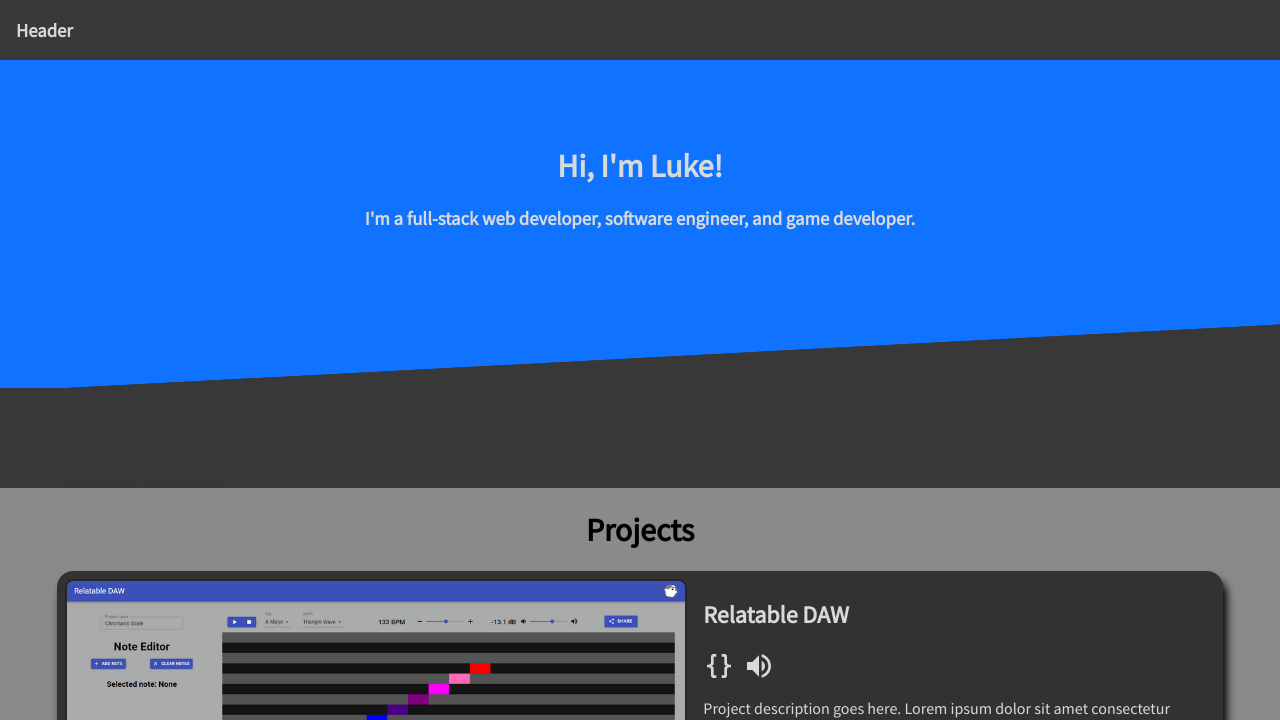
Repository: lbodwell/Personal-Website
Page: index.html
An editor plug-in stored every save of this project. The page is shown before and after the next save, followed by the edit.
The browser window is 1280 px wide. The pictures show the whole page.
An inner scrolling area shows only its first screen.

Above is the page before, as saved 2022-04-04 04:34:08.

### index.html
<!DOCTYPE html>
<html lang="en">
    <head>
        <meta charset="UTF-8">
        <meta http-equiv="X-UA-Compatible" content="IE=edge">
        <meta name="viewport" content="width=device-width, initial-scale=1.0">
        <title>Luke Bodwell</title>
        <script type="text/javascript" src="script.js" defer></script>
        <link rel="stylesheet" href="styles.css">
    </head>
    <body>
        <header>
            <h3>Header</h3>
        </header>
        <content>
            <div class="intro">
                <h1>Hi, I'm Luke!</h1>
                <h3>I'm a full-stack web developer, software engineer, and game developer.</h3>
            </div>

            <div class="projects-container">
                <h1>Projects</h1>
                <div class="projects">
                    <div class="project project-img-left">
                        <div class="project-image">
                            <img src="images/relatable-daw.png"></img>
                        </div>
                        <div class="project-info">
                            <div class="project-title">
                                <h2>Relatable DAW</h2>
                                <div class="project-types">
                                    <!-- Code icon -->
                                    <svg style="width:32px;height:32px" viewBox="0 0 24 24">
                                        <path fill="currentColor" d="M8,3A2,2 0 0,0 6,5V9A2,2 0 0,1 4,11H3V13H4A2,2 0 0,1 6,15V19A2,2 0 0,0 8,21H10V19H8V14A2,2 0 0,0 6,12A2,2 0 0,0 8,10V5H10V3M16,3A2,2 0 0,1 18,5V9A2,2 0 0,0 20,11H21V13H20A2,2 0 0,0 18,15V19A2,2 0 0,1 16,21H14V19H16V14A2,2 0 0,1 18,12A2,2 0 0,1 16,10V5H14V3H16Z" />
                                    </svg>
                                    <!-- Audio icon -->
                                    <svg style="width:32px;height:32px" viewBox="0 0 24 24">
                                        <path fill="currentColor" d="M14,3.23V5.29C16.89,6.15 19,8.83 19,12C19,15.17 16.89,17.84 14,18.7V20.77C18,19.86 21,16.28 21,12C21,7.72 18,4.14 14,3.23M16.5,12C16.5,10.23 15.5,8.71 14,7.97V16C15.5,15.29 16.5,13.76 16.5,12M3,9V15H7L12,20V4L7,9H3Z" />
                                    </svg>
                                </div>
                            </div>
                            <p>Project description goes here. Lorem ipsum dolor sit amet consectetur adipisicing elit. Maxime mollitia,
                                molestiae quas vel sint commodi repudiandae consequuntur voluptatum laborum
                                numquam blanditiis harum quisquam eius sed odit fugiat iusto fuga praesentium
                                optio, eaque rerum! Provident similique accusantium nemo autem.</p>
                            <div class="project-links">
                                <a class="btn" id="btn-demo-proj1" href="https://relatable-daw.com" target="_blank">Live Demo</a>
                                <a class="btn" id="btn-video-proj1" href="https://drive.google.com/file/d/1R21yoplPYTj6aw2hVH3COGZ260A-Z0TO/view" target="_blank">Video</a>
                                <a class="btn" id="btn-code-proj1" href="https://github.com/lbodwell/Relatable-DAW" target="_blank">Code</a>
                            </div>
                        </div>
                    </div>
                    <div class="project project-img-right">
                        <div class="project-info">
                            <div class="project-title">
                                <h2>GeoBlade</h2>
                                <div class="project-types">
                                    <!-- Code icon -->
                                    <svg style="width:32px;height:32px" viewBox="0 0 24 24">
                                        <path fill="currentColor" d="M8,3A2,2 0 0,0 6,5V9A2,2 0 0,1 4,11H3V13H4A2,2 0 0,1 6,15V19A2,2 0 0,0 8,21H10V19H8V14A2,2 0 0,0 6,12A2,2 0 0,0 8,10V5H10V3M16,3A2,2 0 0,1 18,5V9A2,2 0 0,0 20,11H21V13H20A2,2 0 0,0 18,15V19A2,2 0 0,1 16,21H14V19H16V14A2,2 0 0,1 18,12A2,2 0 0,1 16,10V5H14V3H16Z" />
                                    </svg>
                                    <!-- Game icon -->
                                    <svg style="width:32px;height:32px" viewBox="0 0 24 24">
                                        <path fill="currentColor" d="M7.97,16L5,19C4.67,19.3 4.23,19.5 3.75,19.5A1.75,1.75 0 0,1 2,17.75V17.5L3,10.12C3.21,7.81 5.14,6 7.5,6H16.5C18.86,6 20.79,7.81 21,10.12L22,17.5V17.75A1.75,1.75 0 0,1 20.25,19.5C19.77,19.5 19.33,19.3 19,19L16.03,16H7.97M7,8V10H5V11H7V13H8V11H10V10H8V8H7M16.5,8A0.75,0.75 0 0,0 15.75,8.75A0.75,0.75 0 0,0 16.5,9.5A0.75,0.75 0 0,0 17.25,8.75A0.75,0.75 0 0,0 16.5,8M14.75,9.75A0.75,0.75 0 0,0 14,10.5A0.75,0.75 0 0,0 14.75,11.25A0.75,0.75 0 0,0 15.5,10.5A0.75,0.75 0 0,0 14.75,9.75M18.25,9.75A0.75,0.75 0 0,0 17.5,10.5A0.75,0.75 0 0,0 18.25,11.25A0.75,0.75 0 0,0 19,10.5A0.75,0.75 0 0,0 18.25,9.75M16.5,11.5A0.75,0.75 0 0,0 15.75,12.25A0.75,0.75 0 0,0 16.5,13A0.75,0.75 0 0,0 17.25,12.25A0.75,0.75 0 0,0 16.5,11.5Z" />
                                    </svg>
                                    <!-- Audio icon -->
                                    <svg style="width:32px;height:32px" viewBox="0 0 24 24">
                                        <path fill="currentColor" d="M14,3.23V5.29C16.89,6.15 19,8.83 19,12C19,15.17 16.89,17.84 14,18.7V20.77C18,19.86 21,16.28 21,12C21,7.72 18,4.14 14,3.23M16.5,12C16.5,10.23 15.5,8.71 14,7.97V16C15.5,15.29 16.5,13.76 16.5,12M3,9V15H7L12,20V4L7,9H3Z" />
                                    </svg>
                                </div>
                            </div>
                            <p>Project description goes here. Lorem ipsum dolor sit amet consectetur adipisicing elit. Maxime mollitia,
                                molestiae quas vel sint commodi repudiandae consequuntur voluptatum laborum
                                numquam blanditiis harum quisquam eius sed odit fugiat iusto fuga praesentium
                                optio, eaque rerum! Provident similique accusantium nemo autem.</h>
                            <div class="project-links">
                                <button id="btn-download-proj2">Download</button>
                                <button id="btn-video-proj2">Video</button>
                                <button id="btn-code-proj2">Code</button>
                            </div>
                        </div>
                        <div class="project-image">
                            <img src="images/relatable-daw.png"></img>
                        </div>
                    </div>
                    <div class="project project-img-left">
                        <div class="project-image">
                            <img src="images/relatable-daw.png"></img>
                        </div>
                        <div class="project-info">
                            <div class="project-title">
                                <h2>Example project 3</h2>
                                <div class="project-types">
                                    <!-- Code icon -->
                                    <svg style="width:32px;height:32px" viewBox="0 0 24 24">
                                        <path fill="currentColor" d="M8,3A2,2 0 0,0 6,5V9A2,2 0 0,1 4,11H3V13H4A2,2 0 0,1 6,15V19A2,2 0 0,0 8,21H10V19H8V14A2,2 0 0,0 6,12A2,2 0 0,0 8,10V5H10V3M16,3A2,2 0 0,1 18,5V9A2,2 0 0,0 20,11H21V13H20A2,2 0 0,0 18,15V19A2,2 0 0,1 16,21H14V19H16V14A2,2 0 0,1 18,12A2,2 0 0,1 16,10V5H14V3H16Z" />
                                    </svg>
                                </div>
                            </div>
                            <p>Project description goes here. Lorem ipsum dolor sit amet consectetur adipisicing elit. Maxime mollitia,
                                molestiae quas vel sint commodi repudiandae consequuntur voluptatum laborum
                                numquam blanditiis harum quisquam eius sed odit fugiat iusto fuga praesentium
                                optio, eaque rerum! Provident similique accusantium nemo autem.</h>
                            <div class="project-links">
                                <button id="btn-demo-proj3">Live Demo</button>
                                <button id="btn-video-proj3">Video</button>
                                <button id="btn-code-proj3">Code</button>
                            </div>
                        </div>
                    </div>
                </div>
            </div>
            <div class="skills">
                <h1>Skills</h1>
                <div class="skills">
                </div>
            </div>
        </content>
        <footer>
            <h3>Footer</h5>
        </footer>
    </body>
</html>

### script.js
const proj1DemoButton = document.getElementById("btn-demo-proj1");
const proj1VideoButton = document.getElementById("btn-video-proj1");
const proj1CodeButton = document.getElementById("btn-code-proj1");

proj1DemoButton.onclick = () => {
    //window.open("https://relatable-daw.com");
}

### styles.css
@import url("https://fonts.googleapis.com/css2?family=Source+Sans+Pro&display=swap");

html {
    font-family: "Source Sans Pro", sans-serif;
    background-color: #383838;
}

html, body {
    width: 100%;
    height: 100%;
    margin: 0;
    max-width: 100%;
    overflow-x: hidden;
}

h2, h3, h4, h5, h6, p, svg {
    color: rgb(217, 217, 217);
}

header {
    margin-left: 1rem;
}

content {
    display: flex;
    flex-direction: column;
    align-items: center;
}

.intro {
    color: rgb(217, 217, 217);
    position: relative;
    text-align: center;
    background-color: #0f73ff;
    padding: 4rem;
    width: 100%;
    height: 200px;
    margin-bottom: 100px;
}

.intro::before, .intro::after {
    content: "";
    position: absolute;
    height: 100px;
    bottom: -70px;
    right: 0;
    left: 0;
    background: #383838;
    transform: skewY(-3deg);
}

.projects-container {
    text-align: center;
    background-color: rgb(138, 138, 138);
    padding: 0 64rem 2rem 64rem;
    filter: drop-shadow(4px 8px 4px black);
}

.projects {
    display: grid;
    grid-template-columns: 1fr;
}

.project {
    display: flex;
    gap: 16px;
    width: auto;
    height: 300px;
    margin-bottom: 1rem;
    padding: 0.5rem;
    background-color: #323232;
    border-radius: 16px;
    filter: drop-shadow(4px 8px 4px black);
}

.project-info {
    display: flex;
    flex-direction: column;
    width: 32rem;
    border:
}

.project-img-left > .project-info {
    align-items: flex-start;
    text-align: left;
}

.project-img-right > .project-info {
    align-items: flex-end;
    text-align: right;
}

.project-title {
    display: flex;
    flex-direction: column;
}

.project-types {
    display: flex;
    flex-direction: row;
    gap: 8px;
}

.project-img-left .project-types {
    justify-content: flex-start;
}

.project-img-right .project-types {
    justify-content: flex-end;
}

.project-links {
    display: flex;
    flex-direction: row;
    gap: 4px;
}

.btn {
    font-weight: bolder;
    background-color: #0f73ff;
    color: rgb(217, 217, 217);
    border-radius: 8px;
    filter: drop-shadow(2px 4px 2px black);
    padding: 0.25rem 1rem;
    border: none;
    text-decoration: none;
}

.btn:hover {
    background-color: #0c4eac;
    cursor: pointer;
}

.project img {
    width: auto;
    height: 100%;
    border: 2px solid #272727;
    border-radius: 8px;
}

footer {
    margin: 1rem;
}

After the next save:
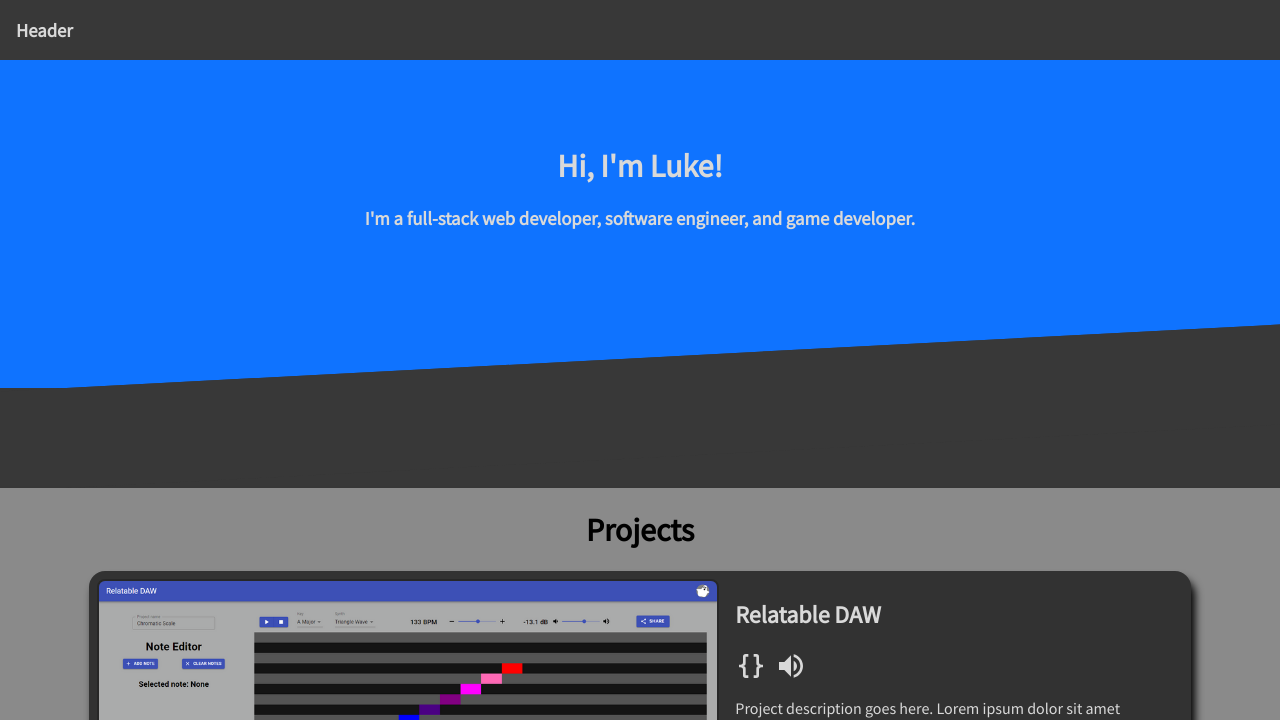
Saved 10 s later.
--- a/styles.css
+++ b/styles.css
@@ -76,7 +76,7 @@ content {
 .project-info {
     display: flex;
     flex-direction: column;
-    width: 32rem;
+    width: 28rem;
     border:
 }
 
